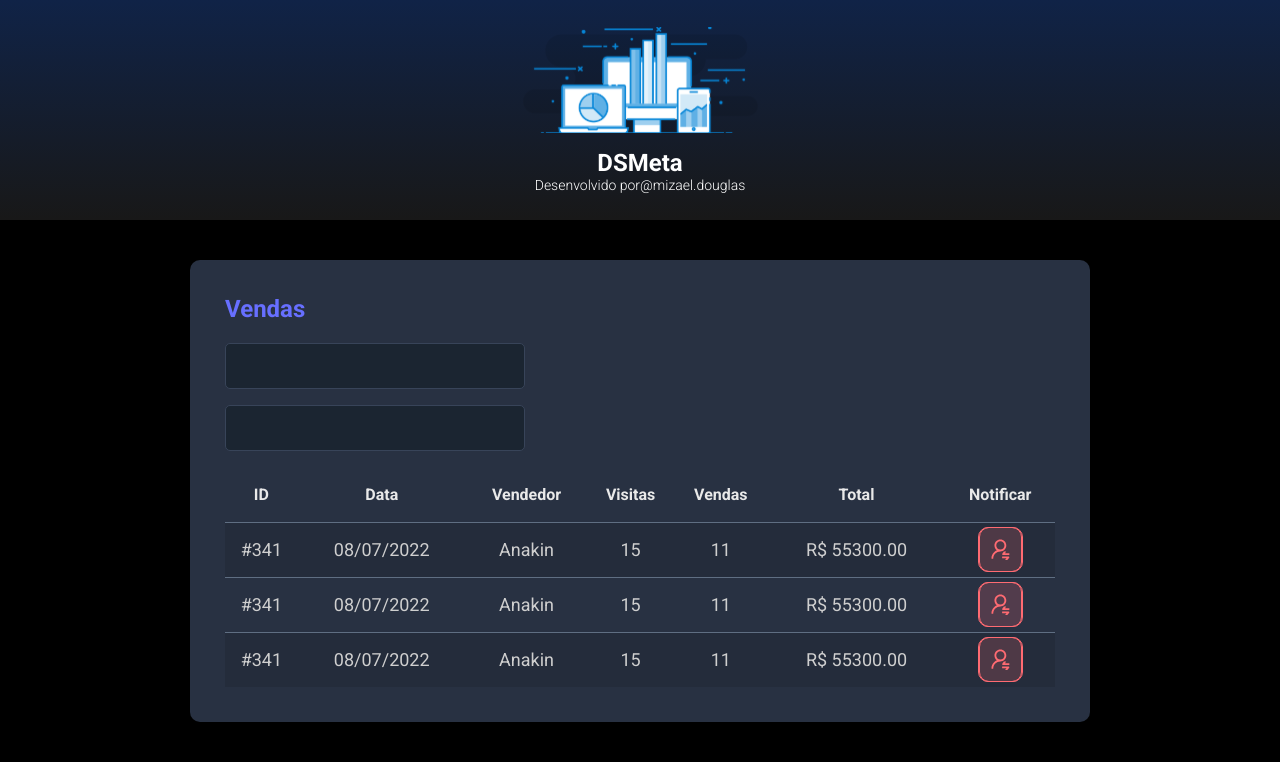
Repository: Mizaeldouglas/ds-Meta
Page: / (app in frontend/)
An editor plug-in stored every save of this project. The page is shown before and after the next save, followed by the edit.
The browser window is 1280 px wide. The pictures show the whole page.
The project was rebuilt for these pictures with package versions that can differ from the ones it lists, and the page was loaded fresh each time. Also part of the build but not shown: frontend/vite.config.ts.

Above is the page before, as saved 2022-07-11 11:23:54.

After the next save:
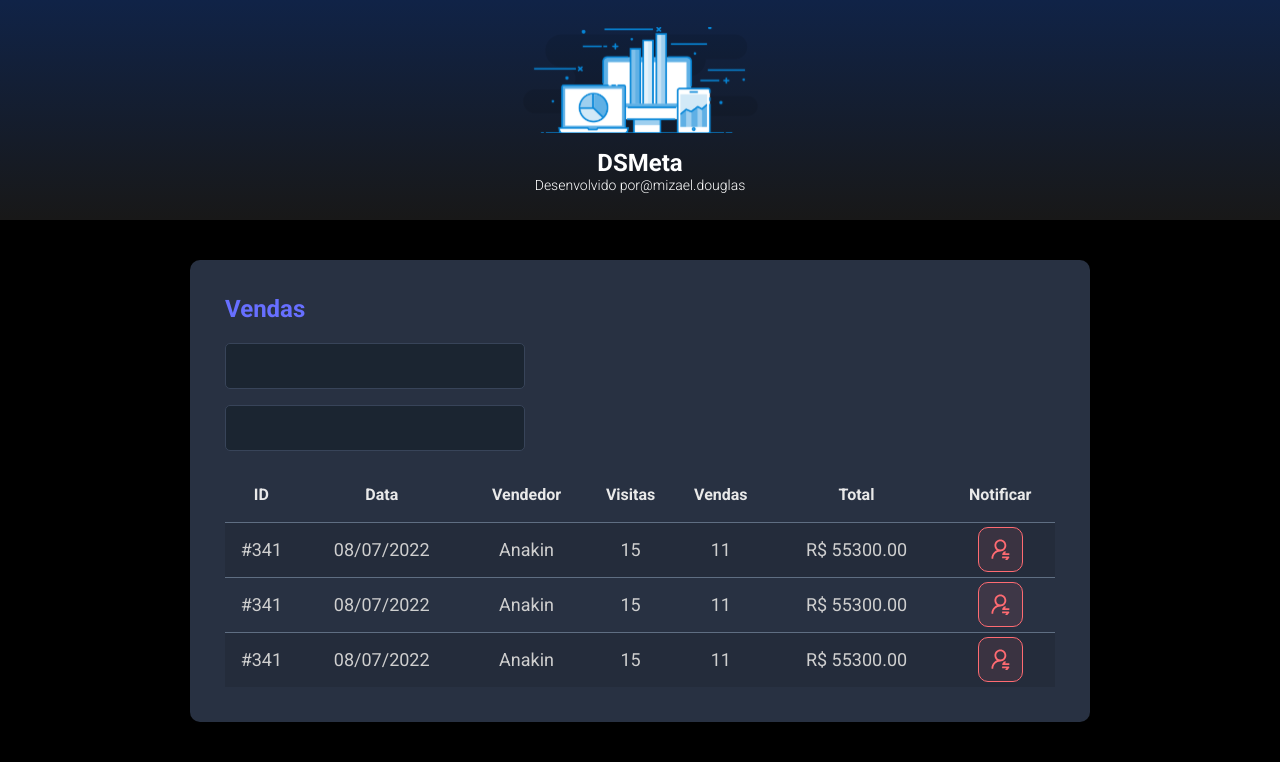
Saved 113 s later.
--- a/frontend/src/components/SalesCard/index.tsx
+++ b/frontend/src/components/SalesCard/index.tsx
@@ -37,9 +37,7 @@ export default function SalesCard() {
               <td>R$ 55300.00</td>
               <td>
                 <div className="dsmeta-red-btn-container">
-                  <div className="dsmeta-red-btn">
-                    <NotificationButton />
-                  </div>
+				<NotificationButton />
                 </div>
               </td>
             </tr>
@@ -52,9 +50,7 @@ export default function SalesCard() {
               <td>R$ 55300.00</td>
               <td>
                 <div className="dsmeta-red-btn-container">
-                  <div className="dsmeta-red-btn">
-                    <NotificationButton />
-                  </div>
+				<NotificationButton />
                 </div>
               </td>
             </tr>
@@ -67,9 +63,7 @@ export default function SalesCard() {
               <td>R$ 55300.00</td>
               <td>
                 <div className="dsmeta-red-btn-container">
-                  <div className="dsmeta-red-btn">
-                    <NotificationButton />
-                  </div>
+				<NotificationButton />
                 </div>
               </td>
             </tr>
